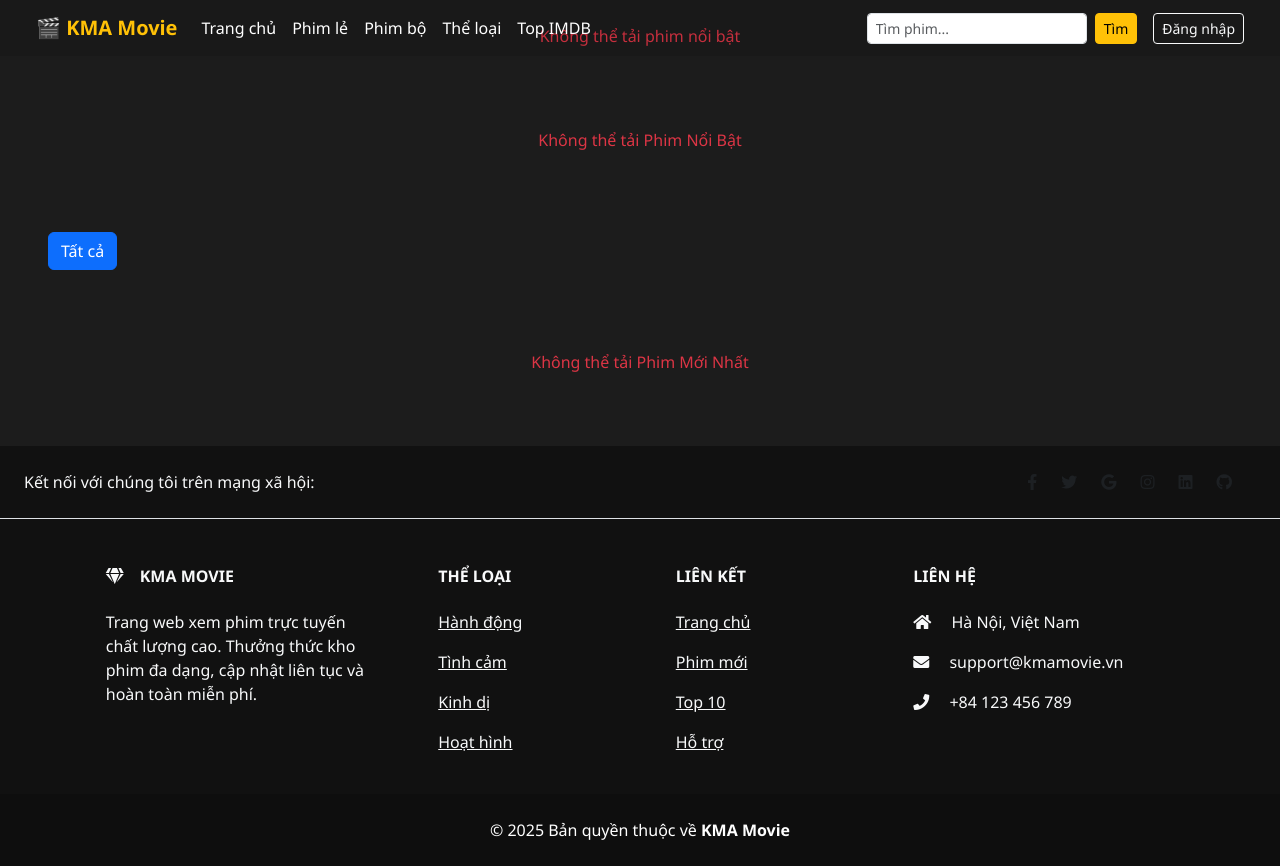
Repository: takagi2004/KMA_Nhom27_TTCS_WebXemFilm_FonEnd
Page: /
An editor plug-in stored every save of this project. The page is shown before and after a run of saves, followed by the edit.
The browser window is 1280 px wide. The pictures show the whole page.
The page's requests for data from a server got no answer. The project was rebuilt for these pictures with package versions that can differ from the ones it lists, and the page was loaded fresh each time. No one was signed in, and anything a server would have sent is missing. Also part of the build but not shown: src/layout/danhsachphim/Props/PhimCard.tsx.

Above is the page before, as saved 2025-08-07 02:28:35.

After the next 2 saves:
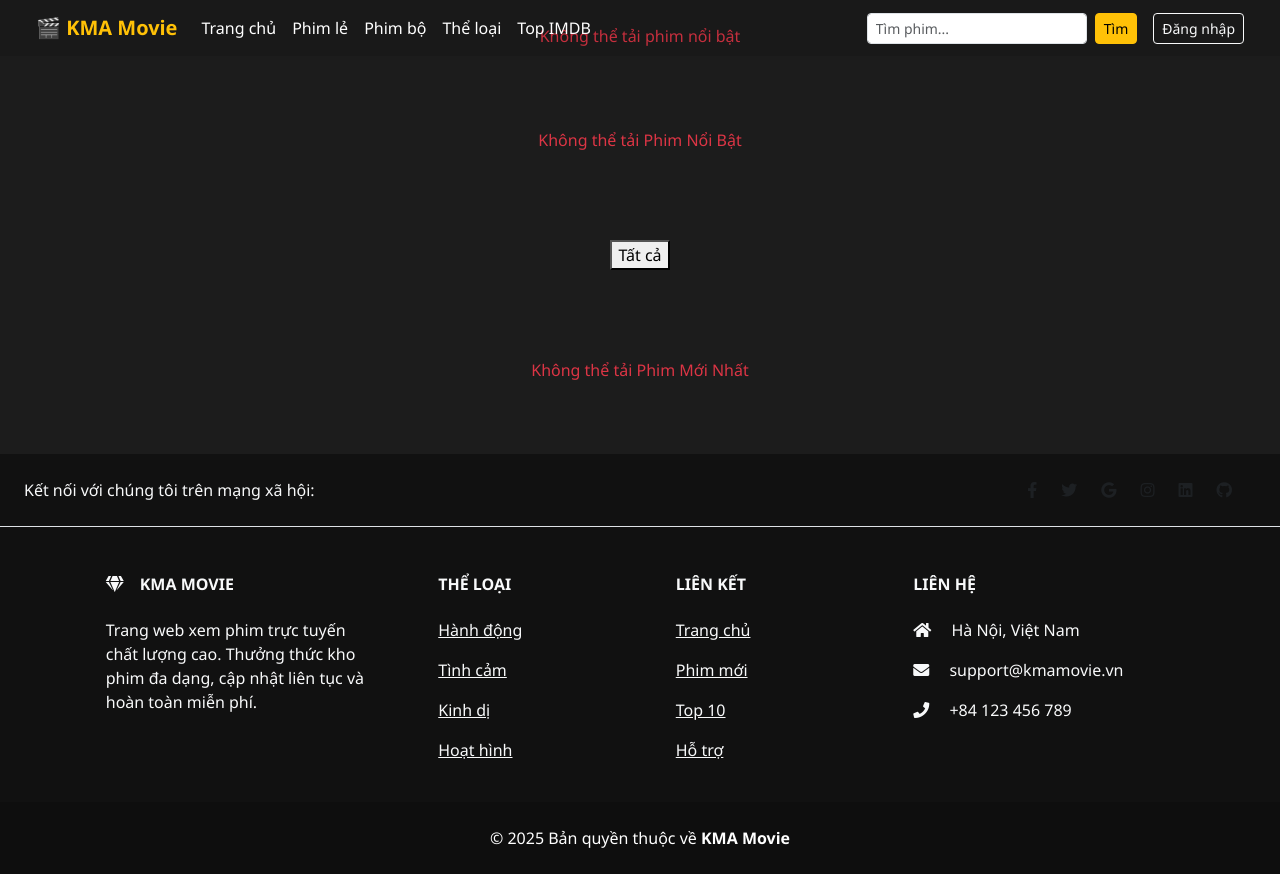
The 2 saves are shown as one change because 1 did not build or start.
The last was saved 75 s later.
--- a/src/layout/danhsachphim/DanhSachTheloai.tsx
+++ b/src/layout/danhsachphim/DanhSachTheloai.tsx
@@ -2,11 +2,11 @@
 import { TheLoaiAPI } from "../../api/TheloaiApi";
 import { TheLoaiModel } from "../../model/TheLoaiMode";
 
-interface ThanhTheLoaiProps {
+interface DanhSachTheLoaiProps {
   onChonTheLoai?: (id: number | null) => void; // callback khi chọn thể loại
 }
 
-const ThanhTheLoai: React.FC<ThanhTheLoaiProps> = ({ onChonTheLoai }) => {
+const DanhSachTheLoai: React.FC<DanhSachTheLoaiProps> = ({ onChonTheLoai }) => {
   const [theLoaiList, setTheLoaiList] = useState<TheLoaiModel[]>([]);
   const [activeId, setActiveId] = useState<number | null>(null);
 
@@ -22,9 +22,9 @@
   };
 
   return (
-    <div className="thanh-the-loai d-flex flex-nowrap overflow-auto py-2 px-3">
+    <div className="danh-sach-the-loai py-3 px-3">
       <button
-        className={`btn me-2 ${activeId === null ? "btn-primary" : "btn-outline-primary"}`}
+        className={`the-loai-btn ${activeId === null ? "active" : ""}`}
         onClick={() => handleChon(null)}
       >
         Tất cả
@@ -32,7 +32,7 @@
       {theLoaiList.map((tl) => (
         <button
           key={tl.idTheLoai}
-          className={`btn me-2 ${activeId === tl.idTheLoai ? "btn-primary" : "btn-outline-primary"}`}
+          className={`the-loai-btn ${activeId === tl.idTheLoai ? "active" : ""}`}
           onClick={() => handleChon(tl.idTheLoai)}
         >
           {tl.tenTheLoai}
@@ -42,4 +42,4 @@
   );
 };
 
-export default ThanhTheLoai;
+export default DanhSachTheLoai;
